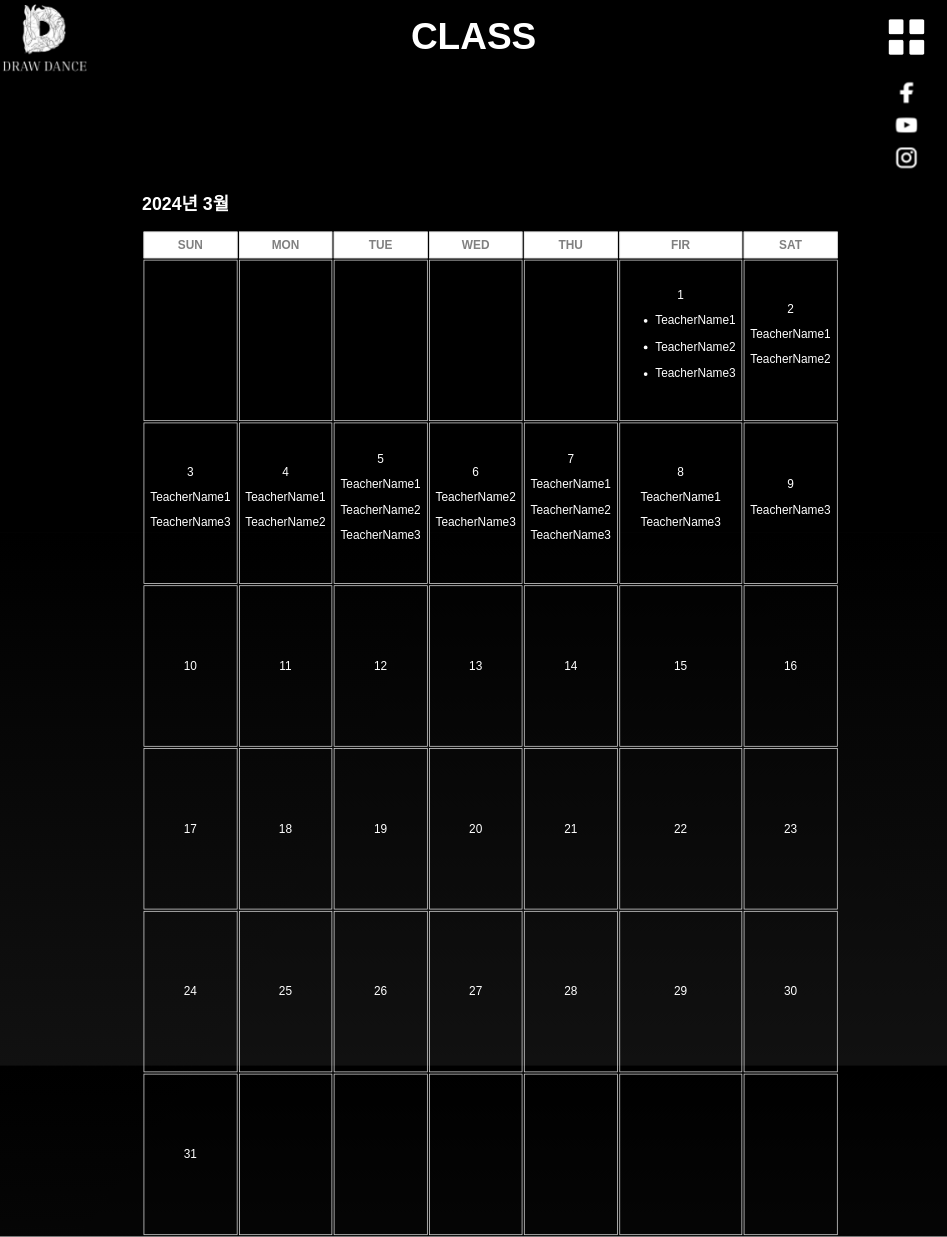
Repository: seonghun9906/semiProject
Page: http://localhost/drawAcademy/WEB-INF/views/Class/classpage.jsp
The author's editor kept a copy of each file at every save. The page is drawn from the files as they stood at one save, then again after the next save.
The browser window is 1280 px wide. The pictures show the whole page, at 74% of full size.
The page is served by Tomcat 9. Nobody is signed in. The template is opened directly, without the code that normally fills it, so the values that code supplies are empty.

Above is the page before, as saved 2024-02-28 02:22:00.

After the next save:
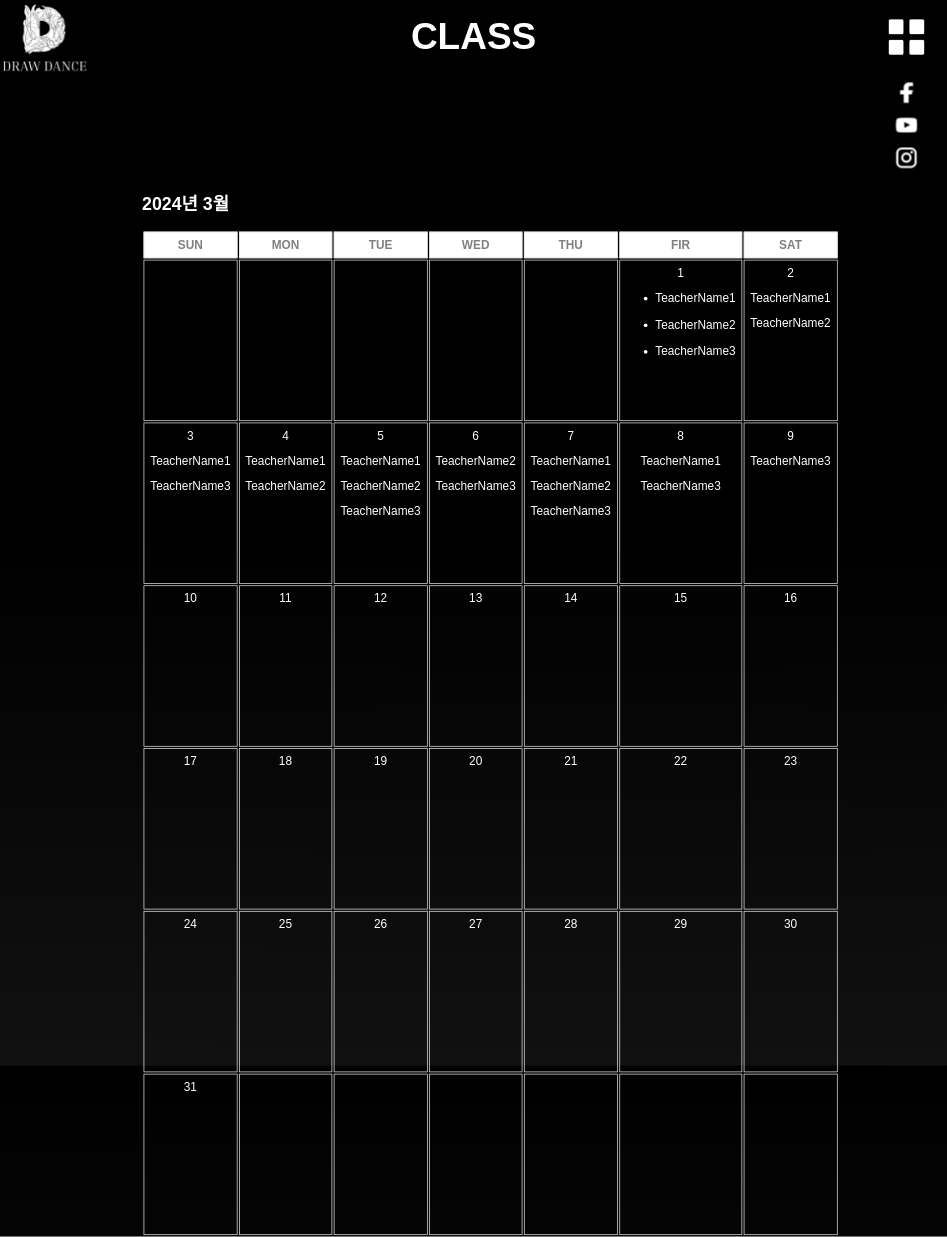
Saved 98 s later.
--- a/drawAcademy/src/main/webapp/resources/css/classpage.css
+++ b/drawAcademy/src/main/webapp/resources/css/classpage.css
@@ -40,7 +40,7 @@
             cursor: pointer;
             color : white;
             text-align: center;
-            top: 5px;
+            vertical-align: top;
         }
 
         td:hover {
